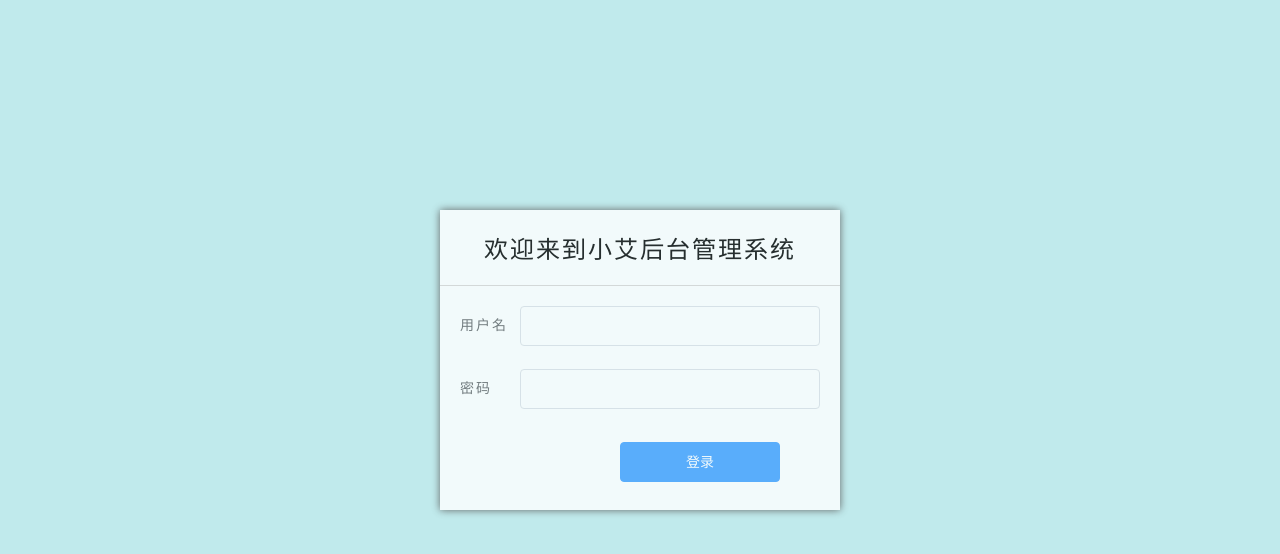
Repository: noob-injoker/router-slots-cw-ee
Page: /Login
These files come from the project's save history. The page is drawn as it stood at one moment and after the next save; the edit follows.
The browser window is 1280 px wide. The pictures show the whole page.
The project was rebuilt for these pictures with package versions that can differ from the ones it lists, and the page was loaded fresh each time. Also part of the build but not shown: vue.config.js, src/views/Home.vue, src/views/Layout.vue.

Above is the page before, as saved 2020-08-29 21:28:49.

After the next save:
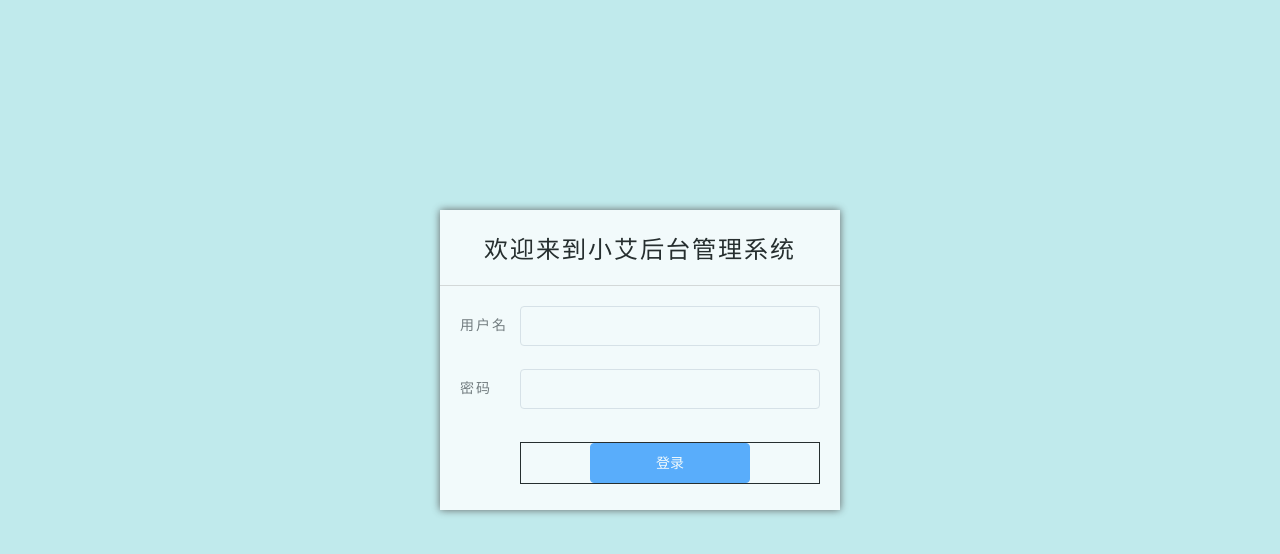
Saved 9 s later.
--- a/src/views/Login.vue
+++ b/src/views/Login.vue
@@ -25,7 +25,7 @@
 
         <el-form-item>
 
-         <div class="button-box "> <el-button type="primary" @click="submitForm('ruleForm')">登录</el-button></div>
+         <div class="button-box b1 "> <el-button type="primary" @click="submitForm('ruleForm')">登录</el-button></div>
 
         </el-form-item>
 
@@ -111,7 +111,7 @@ export default {
 
 <style lang="scss" scoped>
 .button-box{
-  width: 360px;
+
   margin-top: 10px;
   display: flex;
   justify-content: center;
